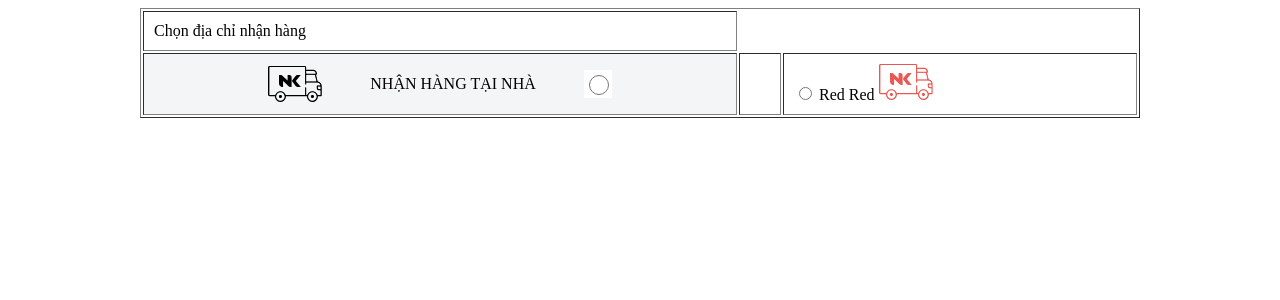
Repository: Tan-Khang21/TH_TKW--Buoi_04
Page: Bai_Tap_Tren_Lop/Bai_03/Bai_03.html
An editor plug-in stored every save of this project. The page is shown before and after the next save, followed by the edit.
The browser window is 1280 px wide. The pictures show the whole page.

Above is the page before, as saved 2024-03-07 22:38:56.

After the next save:
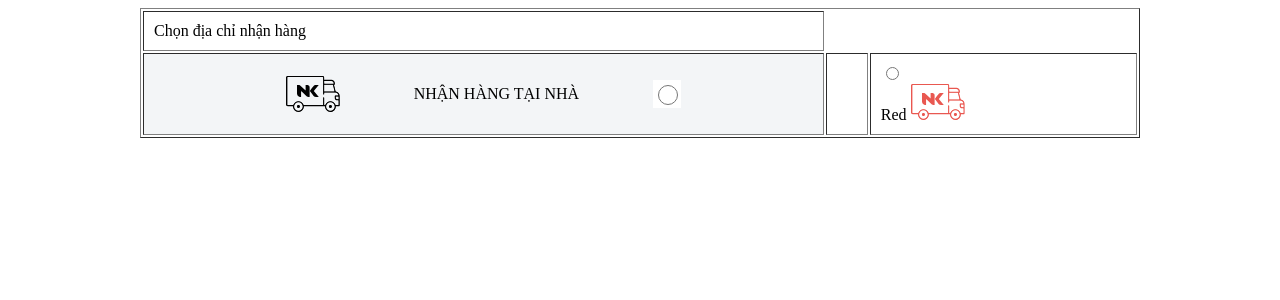
Saved 24 s later.
--- a/Bai_Tap_Tren_Lop/Bai_03/Bai_03.html
+++ b/Bai_Tap_Tren_Lop/Bai_03/Bai_03.html
@@ -98,10 +98,11 @@
           </td>
           <td style="width: 20px"></td>
           <td>
+            <div>
             <input type="radio" id="redRadio" name="color" value="red">
+        </div>
             <label for="redRadio">Red</label>
 
-            <label for="redRadio">Red</label>
 
             <svg id="icon" width="54" height="36" viewBox="0 0 54 36" fill="none" xmlns="http://www.w3.org/2000/svg">
                 <g clip-path="url(#clip0)">
